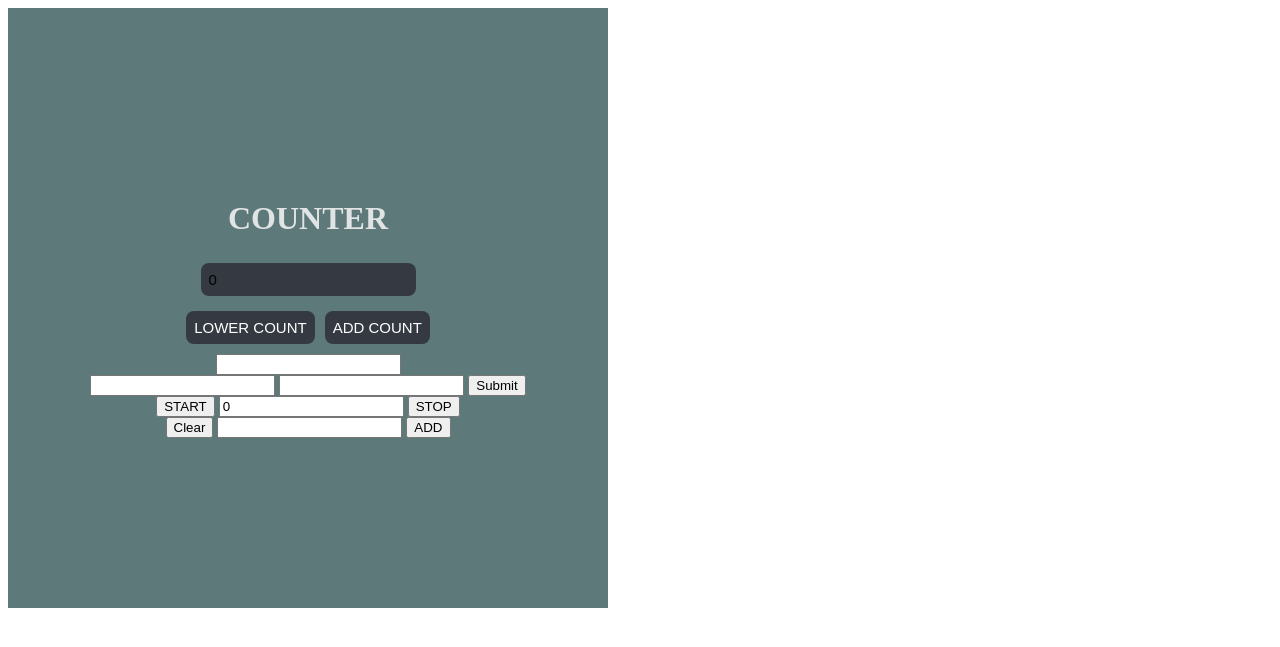
Repository: sedashahnazaryan/Caunter
Page: index.html
The author's editor kept a copy of each file at every save. The page is drawn from the files as they stood at one save, then again after a run of saves.
The browser window is 1280 px wide. The pictures show the whole page.

Above is the page before, as saved 2022-02-15 01:32:16.

### index.html
<!DOCTYPE html>
<html lang="en">
<head>
    <meta charset="UTF-8">
    <meta http-equiv="X-UA-Compatible" content="IE=edge">
    <meta name="viewport" content="width=device-width, initial-scale=1.0">
    <title>Caunter</title>
    <link rel="stylesheet" href="./index.css">
</head>

<body>
    <div class="container">

        <h1 class="counter">COUNTER</h1>
    <input class="item1"id="input" type="text" value="0">
    <div class="btn-item">
        <button id="lower" onclick="">LOWER COUNT </button>
        <button id ="add">ADD COUNT</button>
    </div>

    <input id ="result" type="text">
    <div class="add-item">
        <input id="num1" type="text">
        <input id="num2" type="text">
        <button id="submit">Submit</button>
    </div>

    <div class="item1">
        <button id ="start">START</button>
         <input id ="interval"value=0 type="text">
          <button id ="stop">STOP</button>
    </div>
    <div class="item2">
        <button id ="adding">Clear</button>
        <input id="result-fibo" type="text">
        <button id="add-fibo">ADD</button>
    </div>
</div>

   <script src="./index.js"></script>
</body>
</html>

### index.css




.container{
  display: flex;
  height: 600px;
  width: 600px;
  justify-content: center;
  align-items: center;
  background-color: rgb(94, 121, 121);
  flex-direction: column;
}

.counter{
color: rgba(243, 243, 243, 0.87);

}



.btn-item{
    display: flex;
    justify-content: center;
    margin: 5px;
}
#add,#lower {
    background-color: #343942;
    color: white;
    padding: 8px;
    border-radius: 8px;
    border: none;
    font-size: 15px;
    margin: 5px;
    cursor: pointer;

}
/* #lower {
    background-color: #498AFB;
    color: white;
    padding: 8px;
    border-radius: 8px;
    border: none;
    font-size: 15px;
    cursor: pointer; */

           #input{
        background-color: #343942;
        /* color: white; */
        padding: 8px;
        border-radius: 8px;
        border: none;
        font-size: 15px;
        margin: 5px;
        cursor: pointer;
    }

### index.js
let counterDisplayElem = document.getElementById('input');
let counterMinusElem = document.getElementById('lower');
let counterPlusElem = document.getElementById('add');
let result=document.getElementById('result');
let num1 =document.getElementById('num1');
let num2 =document.getElementById('num2');
let submit=document.getElementById('submit');
let number = 0;



counterPlusElem.addEventListener("click",()=>{
    counterDisplayElem.value++;
}) ;

counterMinusElem.addEventListener("click",()=>{
    counterDisplayElem.value--;
});

function curry(a){
    return function(b){
       return a+b;
    }

};
submit.addEventListener('click',()=>{
result.value=curry(+num1.value)(+num2.value);

});
function fibonacci(num){
    if(num<=1){
        return num;

    }
      return fibonacci(num-1)+fibonacci(num-2);
    //   0,1,1,2,3,5,8,13,21-8րդ թիվն է
}
document.getElementById("add-fibo").addEventListener('click',()=>{
    document.getElementById('result-fibo').value+=fibonacci(number);
    number++;


    })

    document.getElementById("adding").addEventListener("click", ()=>{
        document.getElementById("result-fibo").value = "";
        number=0;
      });

      let interval;
      function starting(){
      interval=setInterval(() => {
          document.getElementById('interval').value++;

      }, 500)};

      function off(){
        clearInterval(interval);
        document.getElementById('interval').value="";

      }
      document.getElementById('start').addEventListener('click',starting)


      document.getElementById('stop').addEventListener('click',off);

After the next 3 saves:
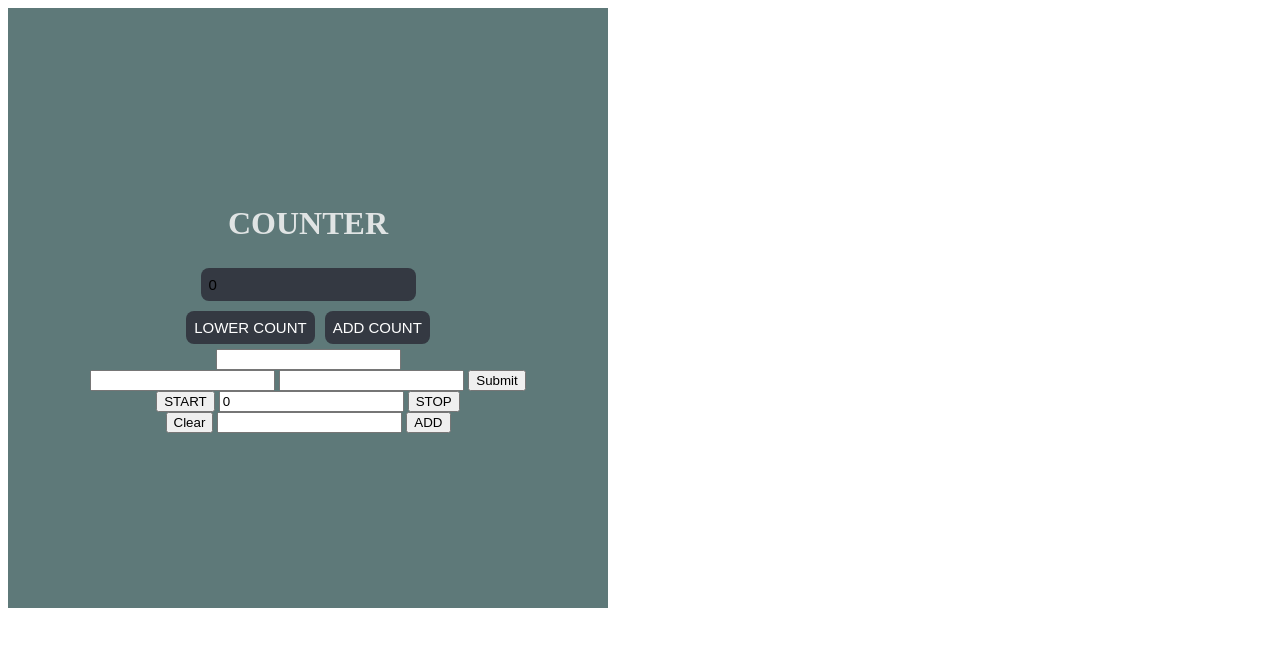
The 3 saves are shown as one change because they came seconds apart.
The last was saved 19 s later.
--- a/index.css
+++ b/index.css
@@ -22,7 +22,7 @@ color: rgba(243, 243, 243, 0.87);
 .btn-item{
     display: flex;
     justify-content: center;
-    margin: 5px;
+    margin: px;
 }
 #add,#lower {
     background-color: #343942;
